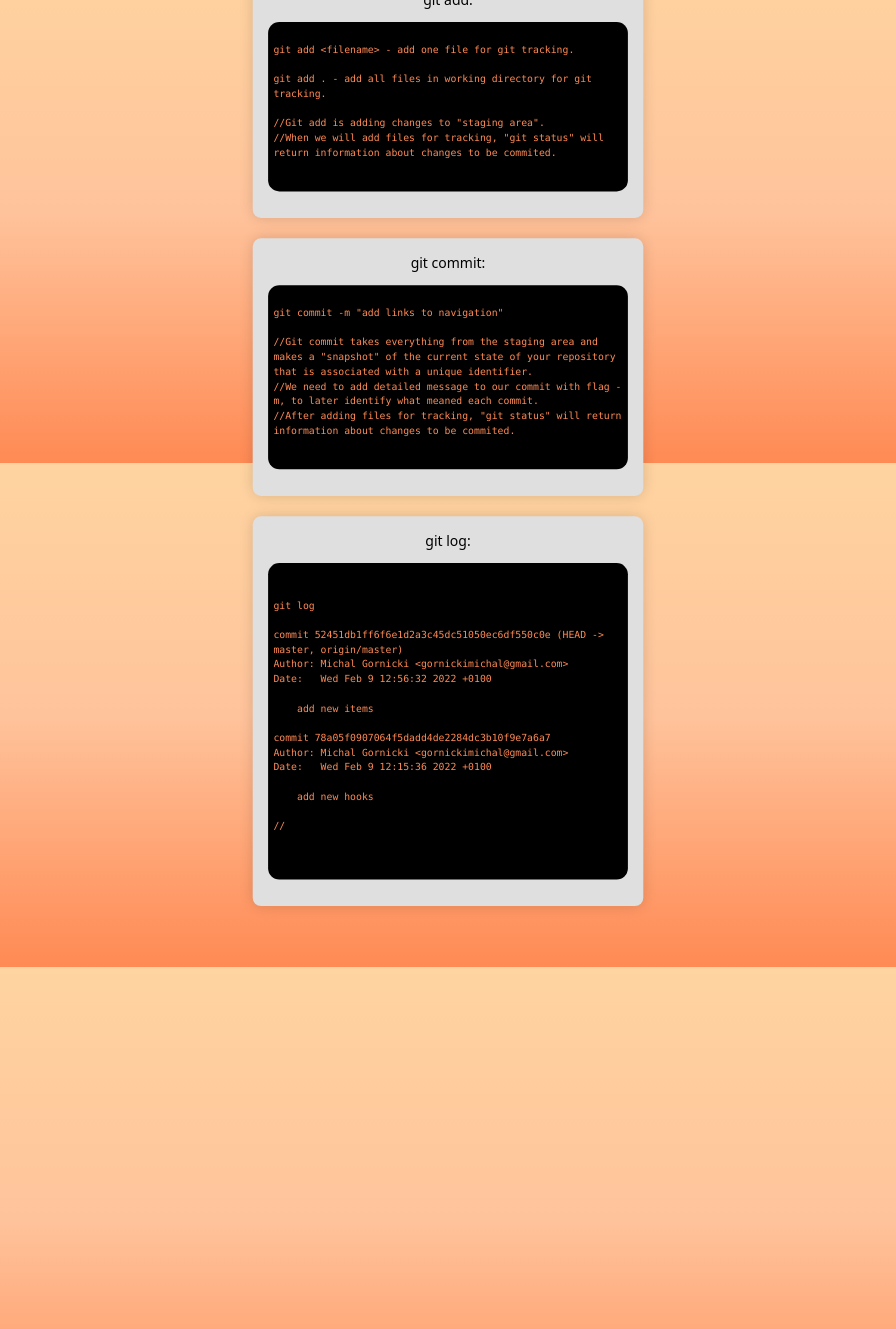
Repository: michalgornicki/git
Page: /
These files come from the project's save history. The page is drawn as it stood at one moment and after a run of saves; the edit follows.
The browser window is 1280 px wide. The pictures show the part of the page from y = 1499 to 3419 px (the page is 3398 px tall before and 3419 px after), at 70% of full size.
Backgrounds fixed to the window are drawn as part of the page. The project was rebuilt for these pictures with package versions that can differ from the ones it lists, and the page was loaded fresh each time. Imported but missing from the stored project, and not drawn on this page: src/components/DOM manipulation.jsx, src/components/async.jsx, src/components/loops.jsx, src/components/numbers.jsx, src/components/variables.jsx, src/components/window.jsx.

Above is the page before, as saved 2022-02-10 08:36:48.

After the next 6 saves:
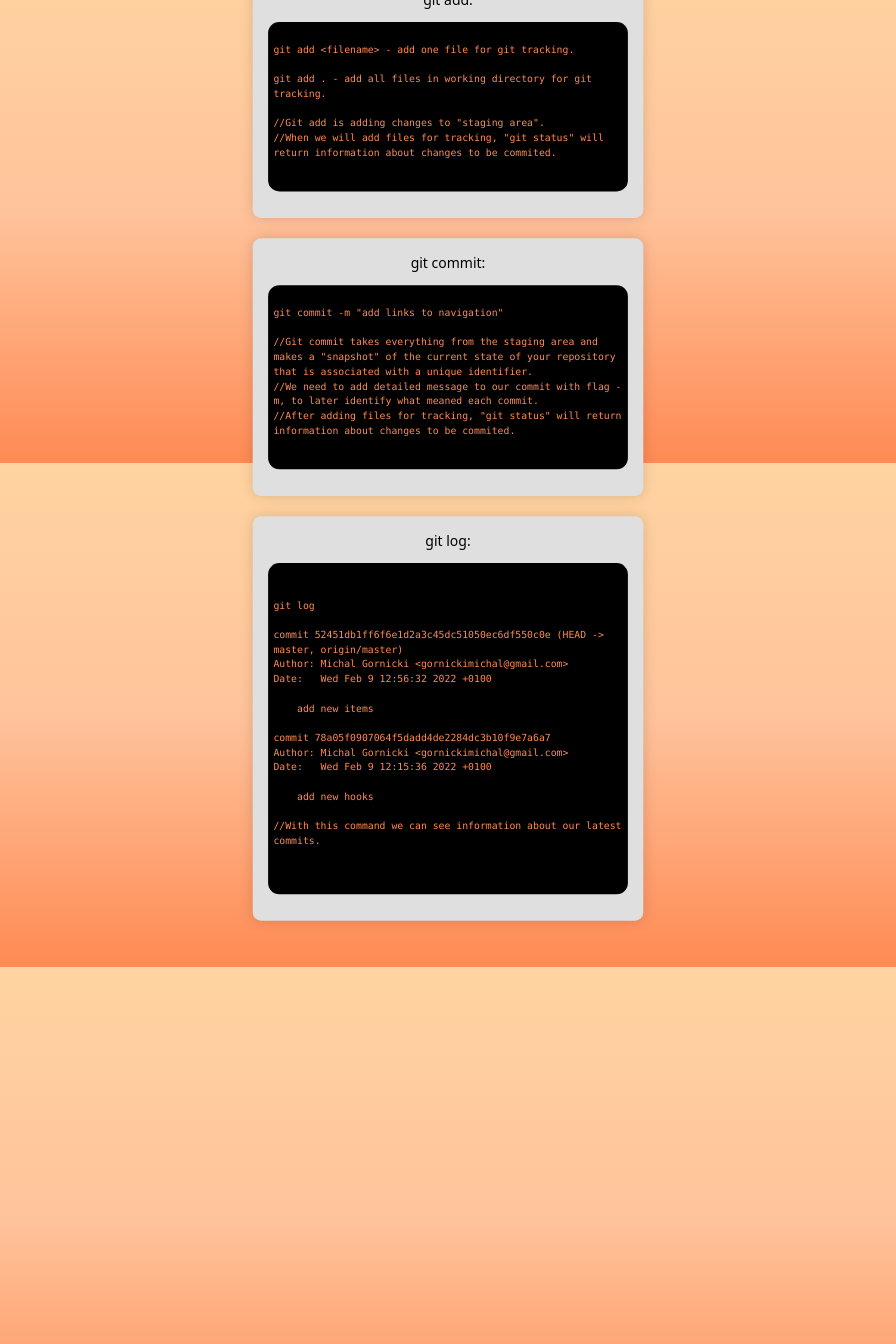
The 6 saves are shown as one change because they came seconds apart.
The last was saved 18 s later.
--- a/src/components/arrays.jsx
+++ b/src/components/arrays.jsx
@@ -98,7 +98,7 @@ Date:   Wed Feb 9 12:15:36 2022 +0100
 
     add new hooks
 
-//
+//With this command we can see information about our latest commits.
 
           `}</pre>
           </div>
